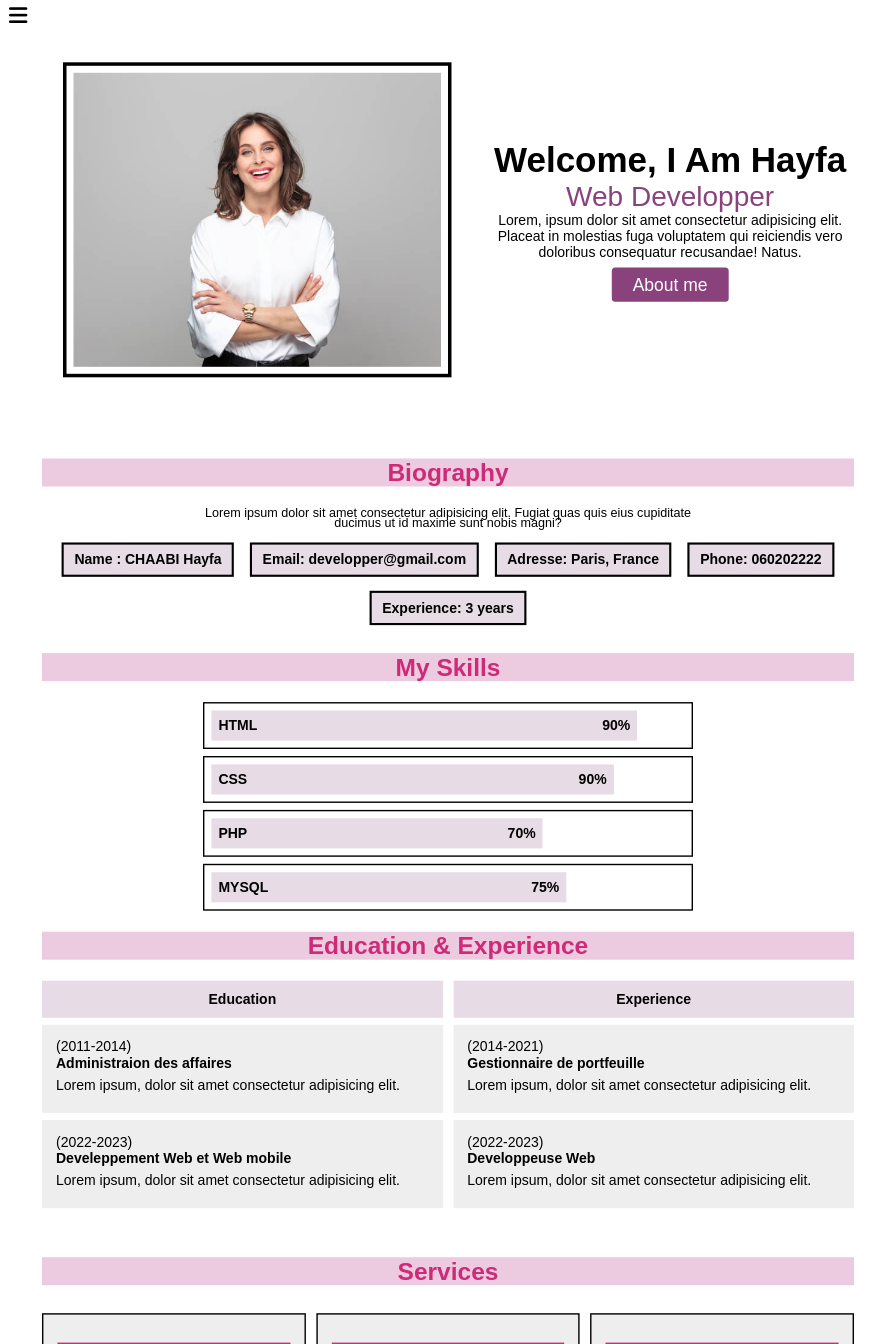
Repository: haifabilel/portfolio_project
Page: http://localhost/
These files come from the project's save history. The page is drawn as it stood at one moment and after the next save; the edit follows.
The browser window is 1280 px wide. The pictures show the part of the page from y = 0 to 1920 px (the page is 2688 px tall before and 2678 px after), at 70% of full size.
Some web fonts or font styles are not loaded; a fallback is used. The page is run by PHP 8.4 with error messages shown; the project is at /var/www/html/.

Above is the page before, as saved 2023-09-17 14:05:33.

After the next save:
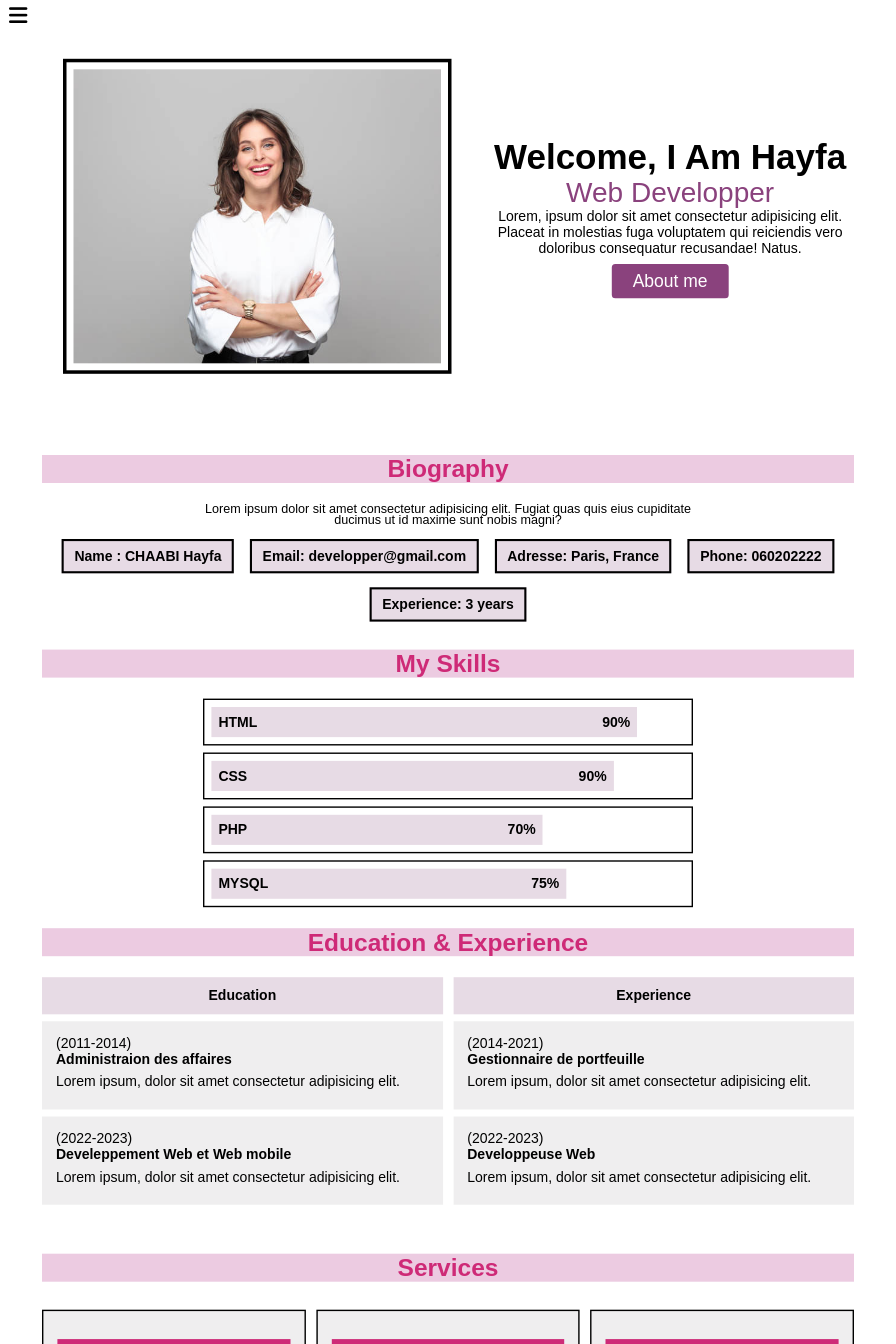
Saved 25 s later.
--- a/css/style.css
+++ b/css/style.css
@@ -46,7 +46,7 @@ section{
 
 }
 body{
- margin: 25px;
+ margin: 20px;
  overflow: hidden;
  transition:.2s linear !important;
  text-align: center;
